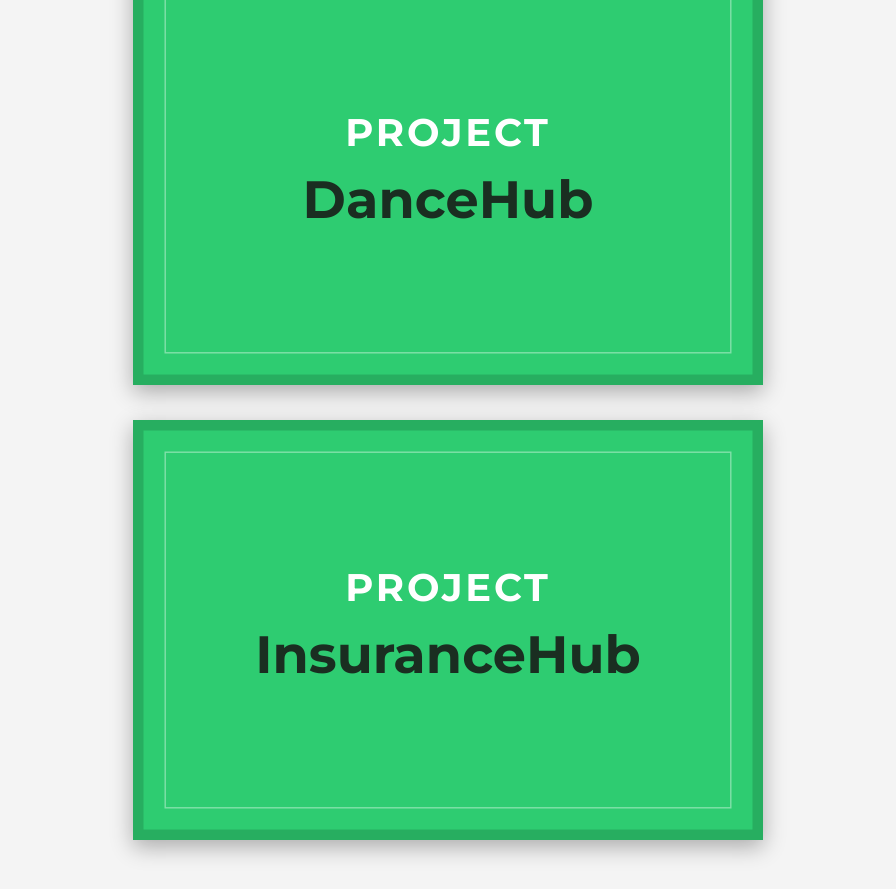
Repository: Priyadharshini-J-CSE/Priyadharshini-J-Portfolio
Page: index2.html
These files come from the project's save history. The page is drawn as it stood at one moment and after the next save; the edit follows.
The browser window is 1280 px wide. The pictures show the part of the page from y = 720 to 2640 px (the page is 1990 px tall before and 2640 px after), at 70% of full size.
Some web fonts or font styles are not loaded; a fallback is used.

Above is the page before, as saved 2026-01-23 21:13:43.

### index2.html
<!DOCTYPE html>
<html lang="en">
<head>
    <meta charset="UTF-8">
    <title>Professional Certificates</title>
    <link href="https://fonts.googleapis.com/css2?family=Montserrat:wght@400;700&family=Playfair+Display:ital,wght@1,600&display=swap" rel="stylesheet">
    <style>
        body { background: #f4f4f4; margin: 0; padding: 20px; font-family: 'Montserrat', sans-serif; }

        /* The main certificate container */
        .cert-container {
            width: 900px;
            height: 600px;
            background-color: #2ecc71; /* Your requested color */
            margin: 0 auto 50px auto;
            padding: 30px;
            border: 15px solid #27ae60; /* Darker green border */
            box-shadow: 0 10px 30px rgba(0,0,0,0.3);
            color: white;
            position: relative;
            box-sizing: border-box;
            text-align: center;
        }

        .inner-frame {
            border: 2px solid rgba(255,255,255,0.4);
            height: 100%;
            width: 100%;
            padding: 40px;
            box-sizing: border-box;
            display: flex;
            flex-direction: column;
            justify-content: center;
        }

        .header { font-size: 55px; font-weight: 700; margin: 0; text-transform: uppercase; letter-spacing: 4px; }
        .sub-header { font-size: 18px; margin: 20px 0; font-weight: 400; letter-spacing: 2px; }

        .student-name {
            font-family: 'Playfair Display', serif;
            font-size: 45px;
            margin: 20px 0;
            color: #ffffff;
            border-bottom: 2px solid white;
            display: inline-block;
            padding: 0 40px;
        }

        .description { font-size: 16px; margin: 20px 0; line-height: 1.6; }
        .course-title { font-size: 75px; font-weight: 700; margin: 15px 0; color: #1a2e21; }
        .provider { font-size: 14px; text-transform: uppercase; margin-top: 10px; opacity: 0.9; }

        .footer {
            display: flex;
            justify-content: space-between;
            margin-top: 50px;
            padding: 0 60px;
        }
        .signature-box { border-top: 1px solid white; width: 180px; padding-top: 10px; font-size: 12px; }
    </style>
</head>
<body>



    <div class="cert-container">
        <div class="inner-frame">
           <h1 class="header">PROJECT</h1>

            <div class="course-title">LaundryHub</div>


        </div>
    </div>

    <div class="cert-container">
        <div class="inner-frame">
            <h1 class="header">PROJECT</h1>

            <div class="course-title">DanceHub</div>

        </div>
    </div>

    <div class="cert-container">
        <div class="inner-frame">
            <h1 class="header">PROJECT</h1>

            <div class="course-title">InsuranceHub</div>

        </div>
    </div>

</body>
</html>

After the next save:
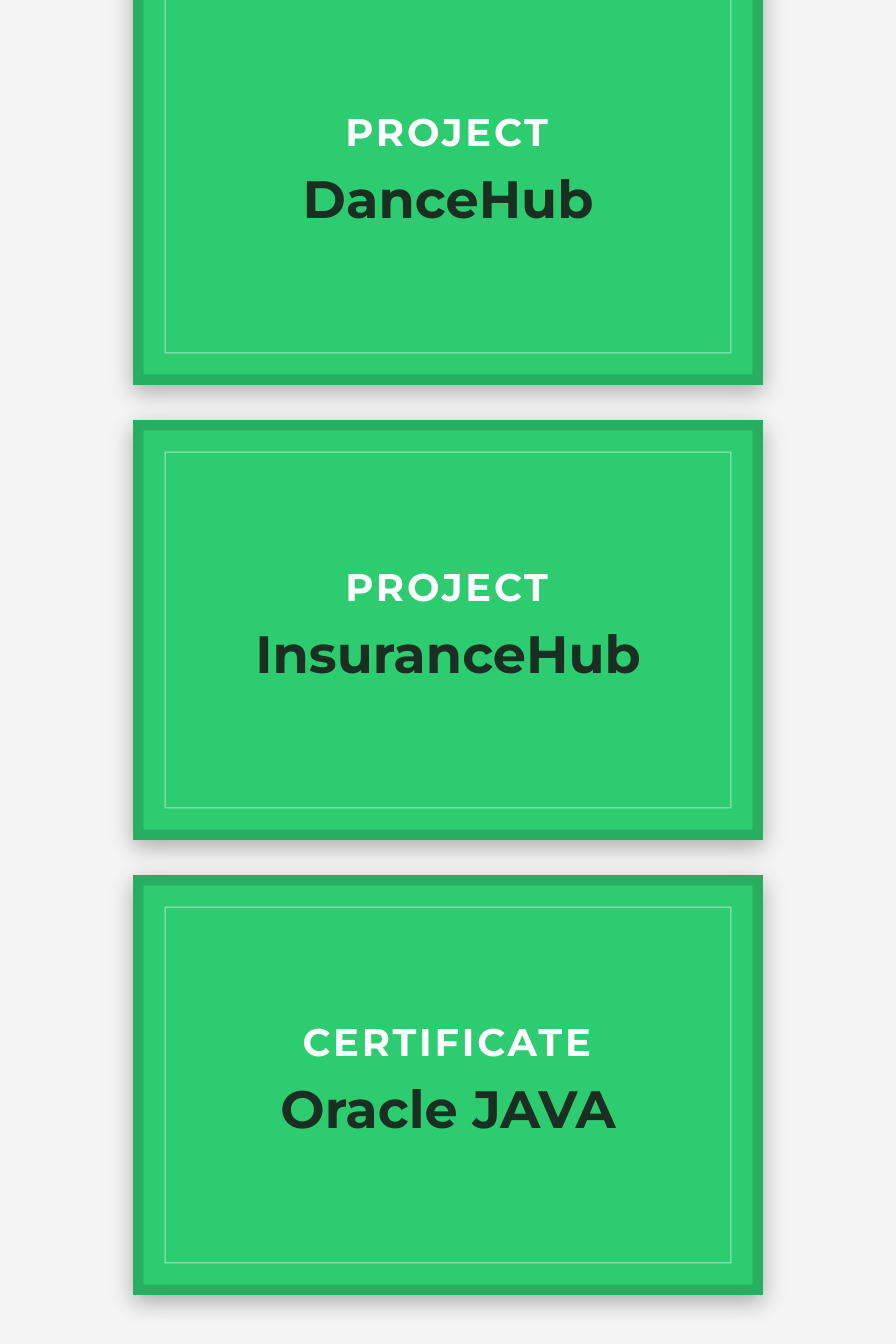
Saved 4 s later.
--- a/index2.html
+++ b/index2.html
@@ -90,6 +90,16 @@
 
         </div>
     </div>
+    <div class="cert-container">
+        <div class="inner-frame">
+            <h1 class="header">Certificate</h1>
+
+            <div class="course-title">Oracle JAVA</div>
+
+
+
+        </div>
+    </div>
 
 </body>
 </html>
